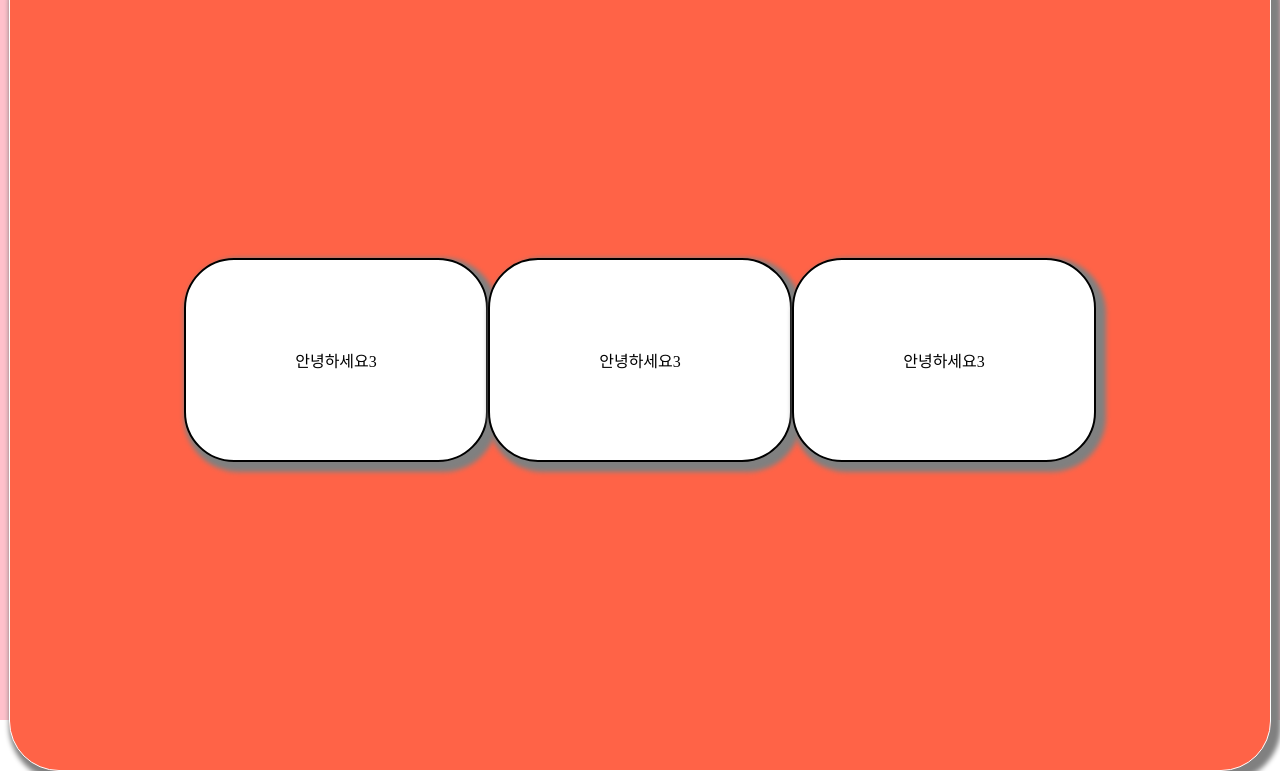
Repository: Devhyeongseon/Academy_Jsp
Page: http://localhost/MyBasic/user/DIV_Study.jsp
The author's editor kept a copy of each file at every save. The page is drawn from the files as they stood at one save, then again after the next save.
The browser window is 1280 px wide. The pictures show the whole page.
The page is served by Tomcat 9.

Above is the page before, as saved 2024-01-10 08:01:45.

### MyBasic/src/main/webapp/user/DIV_Study.jsp
<%@ page language="java" contentType="text/html; charset=UTF-8"
	pageEncoding="UTF-8"%>
<!DOCTYPE html>
<html>
<head>
<meta charset="UTF-8">
<title>Insert title here</title>

<style>
p{
align-items:center;
 /* text-align: center; */

}
html, body {
	width: 100%;
	height: 100%;
	margin: 0;


}

.fuck1 {
	width: 100vw;
	height: 100vh;
	background: pink;

	  display : flex;
    justify-content : center;
    align-items : center;

}
.fuck2 {
	width: 1200px;
	height:800px;
	background: tomato;
	border: 1px solid white;
    border-radius: 50px;
    padding: 10px 30px;
    box-shadow: 5px 5px 5px 5px gray;



    display : flex;
    justify-content : center;
    align-items : center;


}
.fuck3 {
	width:300px;
	height:200px;
	background: white;
	border: 2px solid black;
	border-radius: 50px;
	box-shadow: 5px 5px 5px 5px gray;

	display : flex;
    justify-content : center;
    align-items : center;


}
</style>
</head>


<body>

	<div class="fuck1">
		<div class="fuck2">
			<div class="fuck3">안녕하세요3</div>
			<div class="fuck3">안녕하세요3</div>
			<div class="fuck3">안녕하세요3</div>

		</div>
	</div>

</body>
</html>

After the next save:
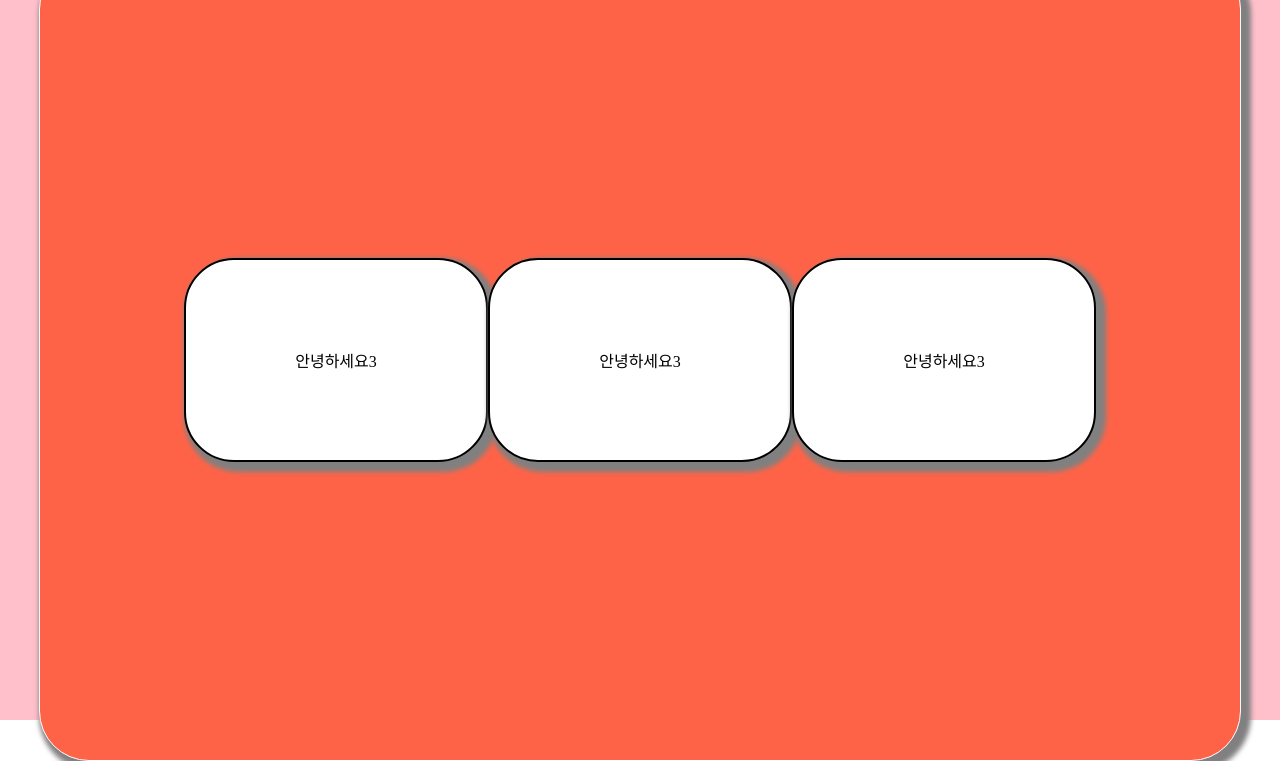
Saved 52 s later.
--- a/MyBasic/src/main/webapp/user/DIV_Study.jsp
+++ b/MyBasic/src/main/webapp/user/DIV_Study.jsp
@@ -36,7 +36,7 @@
 	background: tomato;
 	border: 1px solid white;
     border-radius: 50px;
-    padding: 10px 30px;
+
     box-shadow: 5px 5px 5px 5px gray;
 
 

After the save that followed:
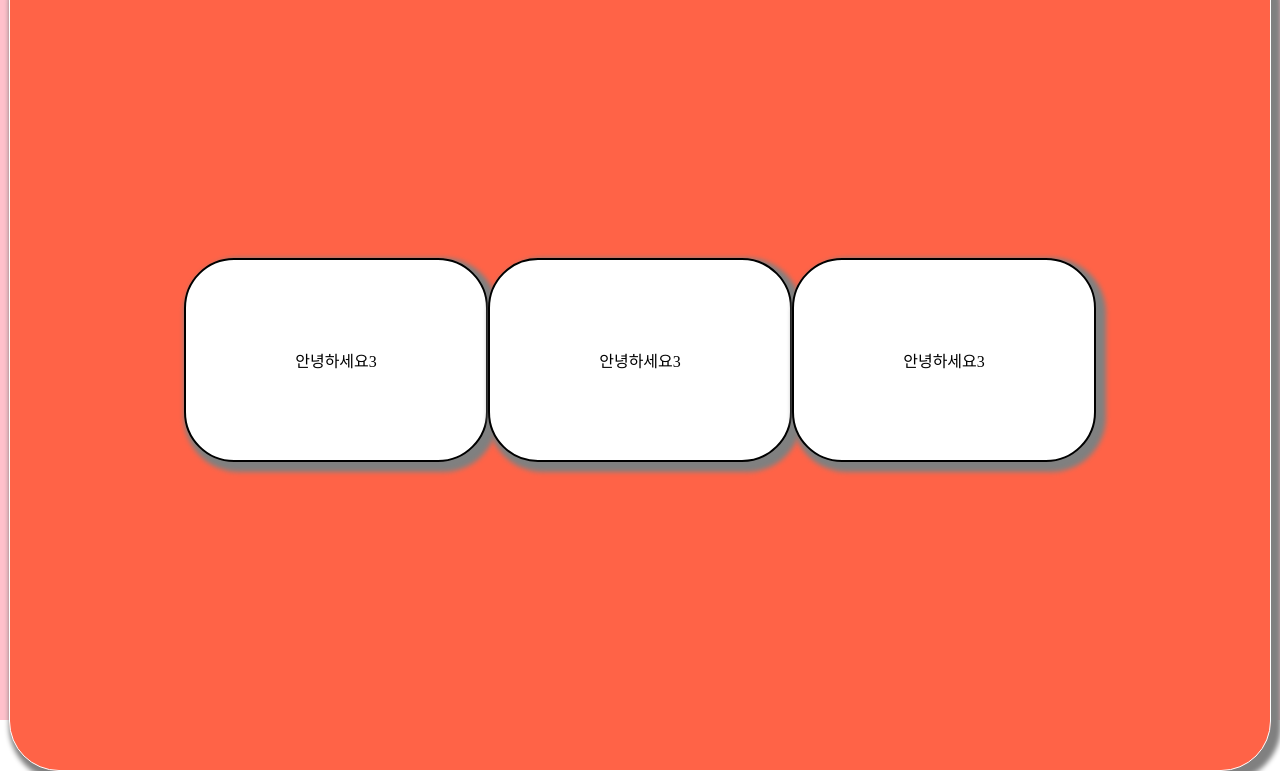
Saved 15 s later.
--- a/MyBasic/src/main/webapp/user/DIV_Study.jsp
+++ b/MyBasic/src/main/webapp/user/DIV_Study.jsp
@@ -36,7 +36,7 @@
 	background: tomato;
 	border: 1px solid white;
     border-radius: 50px;
-
+    padding: 10px 30px;
     box-shadow: 5px 5px 5px 5px gray;
 
 
